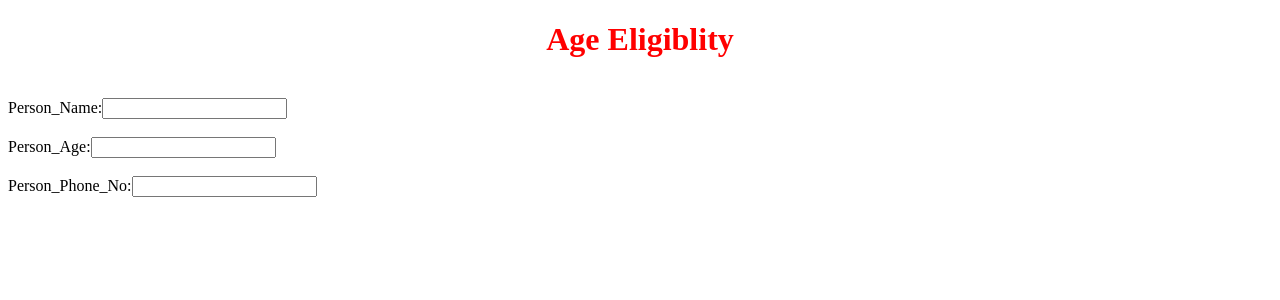
Repository: karan-mohite/WebApp
Page: WebApp Servelet/AgeApp/src/main/webapp/index.html
The author's editor kept a copy of each file at every save. The page is drawn from the files as they stood at one save, then again after the next save.
The browser window is 1280 px wide. The pictures show the whole page.

Above is the page before, as saved 2025-01-24 16:23:19.

### WebApp Servelet/AgeApp/src/main/webapp/index.html
<!DOCTYPE html>
<html>
<head>
<meta charset="UTF-8">
<title>Insert title here</title>
</head>
<body>
<h1 style="color:RED; text-align:center">Age Eligiblity</h1>
<form action="http://localhost:8082/ageurl"method="GET">
<br>
Person_Name:<input type="text" name="pname">
</br>
<br>
Person_Age:<input type="text" name="page">
</br>
<br>
Person_Phone_No:<input type="text" name="pnum">
</br>
</form>
</body>
</html>

After the next save:
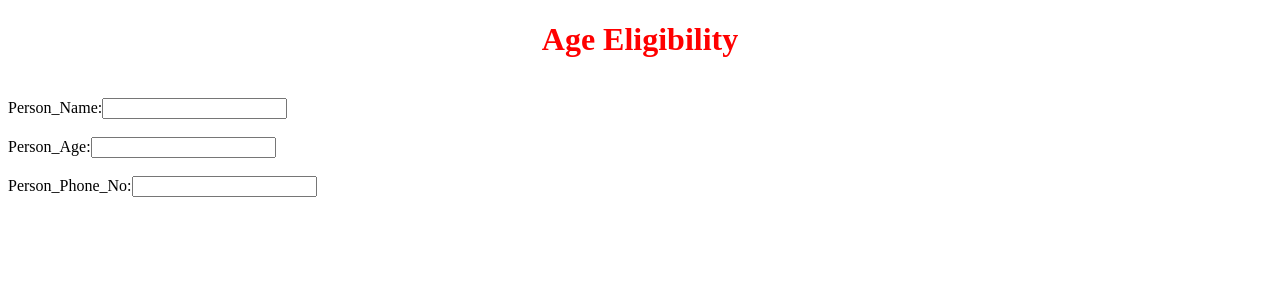
Saved 3 s later.
--- a/WebApp Servelet/AgeApp/src/main/webapp/index.html
+++ b/WebApp Servelet/AgeApp/src/main/webapp/index.html
@@ -5,7 +5,7 @@
 <title>Insert title here</title>
 </head>
 <body>
-<h1 style="color:RED; text-align:center">Age Eligiblity</h1>
+<h1 style="color:RED; text-align:center">Age Eligibility</h1>
 <form action="http://localhost:8082/ageurl"method="GET">
 <br>
 Person_Name:<input type="text" name="pname">
